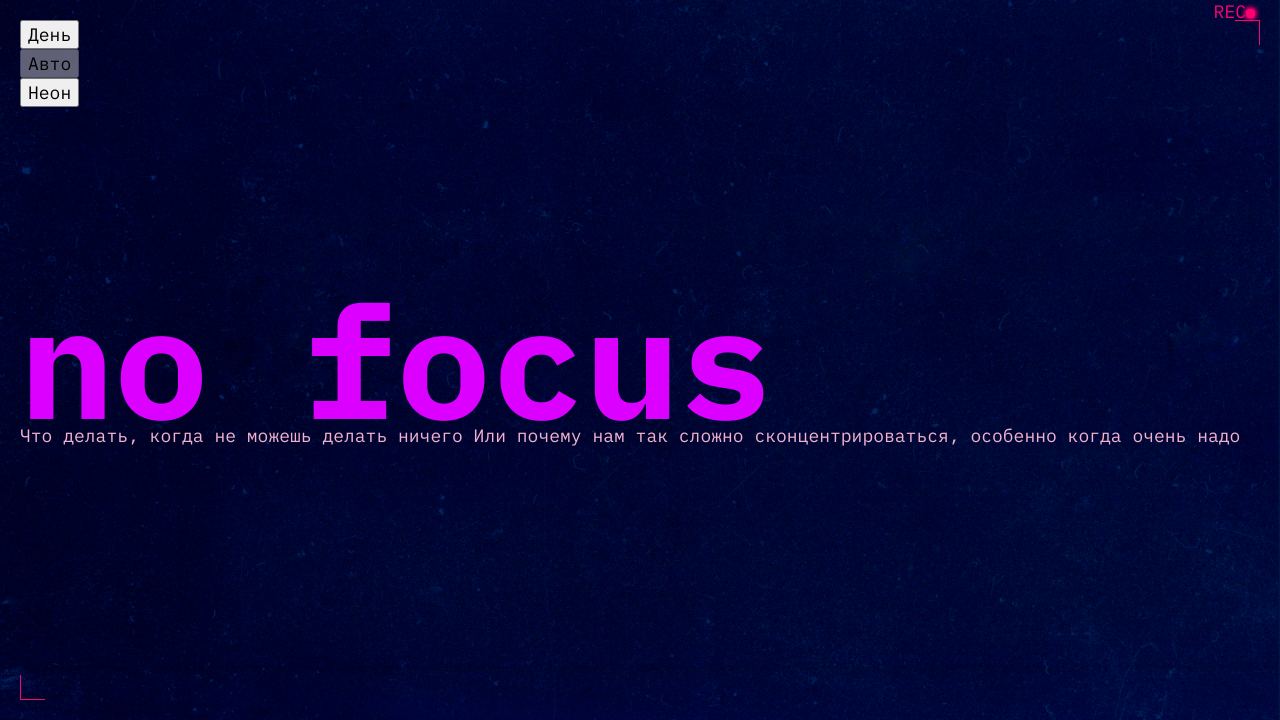
Repository: Hadoooouken/slozhno-sosredotochitsya
Page: index.html
These files come from the project's save history. The page is drawn as it stood at one moment and after the next save; the edit follows.
The browser window is 1280 px wide. The pictures show the whole page.

Above is the page before, as saved 2024-01-20 00:12:39.

### index.html
<!DOCTYPE html>
<html lang="ru">
  <head>
    <meta charset="UTF-8" />
    <meta http-equiv="X-UA-Compatible" content="IE=edge" />
    <meta name="viewport" content="width=device-width, initial-scale=1.0" />
    <meta name="color-scheme" content="dark light">
    <link rel="icon" href="images/favicon.svg" sizes="any" />
    <link rel="stylesheet" href="fonts/fonts.css" />
    <link rel="stylesheet" href="styles/globals.css" />
    <link rel="stylesheet" href="./styles/variables.css" />
    <link rel="stylesheet" href="scripts/script.js" />
    <link rel="stylesheet" href="./styles/style.css" />
    <link rel="stylesheet" href="./styles/dark.css" />
    <link rel="stylesheet" href="./styles/light.css" />
    <title>Сложно сосредоточиться</title>
  </head>
  <body class="page">
    <header class="header decorated-zone">
      <div class="decoration__element" aria-hidden="true"></div>
      <nav class="header__theme-menu">
        <ul class="header__theme-menu-list">
          <li class="header__theme-menu-item">
            <button
              class="header__theme-menu-button header__theme-menu-button_type_light"
            >
              День
            </button>
          </li>
          <li class="header__theme-menu-item">
            <button
              class="header__theme-menu-button header__theme-menu-button_active header__theme-menu-button_type_auto"
              disabled
            >
              Авто
            </button>
          </li>
          <li class="header__theme-menu-item">
            <button
              class="header__theme-menu-button header__theme-menu-button_type_dark"
            >
              Неон
            </button>
          </li>
        </ul>
      </nav>
      <h1 class="header__title">no focus</h1>
    <p class="header__text">Что делать, когда не можешь делать ничего Или почему нам так сложно сконцентрироваться, особенно когда очень надо
      </p>

    </header>

    <script src="./scripts/script.js"></script>
  </body>
</html>

### styles/variables.css
:root {/*
  Переменные для вашего проекта
  и их переопределение под различные устройства
*/
--main-font:'IBM Plex mono';
--title-color:#DB00FF;
--subtitle-color:#000028;
--text-color: #F1B2CE;
--section-title: #FF0070;


}

### scripts/script.js
const themeButtons = document.querySelectorAll('.header__theme-menu-button');

themeButtons.forEach((button) => {
  button.addEventListener('click', () => {
    themeButtons.forEach((btn) => {
      btn.classList.remove('header__theme-menu-button_active');
      btn.removeAttribute('disabled');
    });
    if (
      [...button.classList].includes('header__theme-menu-button_type_light')
    ) {
      changeTheme('light');
    } else if (
      [...button.classList].includes('header__theme-menu-button_type_dark')
    ) {
      changeTheme('dark');
    } else {
      changeTheme('auto');
    }
    button.classList.add('header__theme-menu-button_active');
    button.setAttribute('disabled', true);
  });
});

function changeTheme(theme) {
  document.body.className = 'page';
  document.body.classList.add(`theme_${theme}`);
  localStorage.setItem('theme', theme);
}

function initTheme() {
  const theme = localStorage.getItem('theme');
  if (theme) {
    changeTheme(theme);
    themeButtons.forEach((btn) => {
      btn.classList.remove('header__theme-menu-button_active');
      btn.removeAttribute('disabled');
    });
    document
      .querySelector(`.header__theme-menu-button_type_${theme}`)
      .classList.add('header__theme-menu-button_active');
    document
      .querySelector(`.header__theme-menu-button_type_${theme}`)
      .setAttribute('disabled', true);
  }
}

initTheme();

### styles/style.css
/* Основные стили проекта. Это стили для темы, которую вы верстаете первой. */

.page {
  /* сохраните в разметке и стилях класс page. На его основе работает скрипт. */

  background-color: #000028;
  background-image: url(/images/cover-image-dark.png);
  background-attachment: fixed;
  background-position: center;
  background-size: cover;
  font-family: "IBM Plex mono";
  font-size: 18px;
}

.header {
  position: relative;
  block-size: 100vh;
  min-height: 375px;
  height: 100vh;
  padding: 20px;
  display: grid;
  grid-template-rows: 1fr min-content 1fr;
}

.decorated-zone::before {
  content: "";
  position: absolute;
  border-top: 1px solid #ff0070;
  border-right: 1px solid #ff0070;
  right: 20px;
  top: 20px;
  width: 25px;
  height: 25px;
}

.decorated-zone::after {
  content: "";
  position: absolute;
  border-bottom: 1px solid #ff0070;
  border-left: 1px solid #ff0070;
  left: 20px;
  bottom: 20px;
  width: 25px;
  height: 25px;
}
.decoration__element {
  position: absolute;
  right: 25px;
  top

}

.decoration__element::before {
  content: "REC";
  color: #ff0070;
  display: inline-block;


}

.decoration__element::after {
  content: "";
  background-color: #ff0070;
  width: 9px;
  height: 9px;
  border-radius: 4px;
  display: inline-block;
  box-shadow: 0px 0px 4px 2px #ff0070;
}

.header__title {
  font-family: var(--main-font);
  font-size: clamp(7.5rem, 0.5625rem + 14.4531vw, 9.8125rem);
  text-shadow: 10px 10px 10px 10px;
  color: var(--title-color);
  line-height: 82.5%; /* 129.525px */
}

.header__text {
  color: var(--text-color);
}

.header__theme-menu-list {
}

### styles/dark.css
/*
  Специально для тёмной темы при наличии класса,
  здесь окажутся стили, которые нужно переопределить принудительно,
  переключая тему
*/

.page.theme_dark {
  /* сохраните этот селектор в приведённом виде.
    Так стили написанные ниже будут иметь больший вес,
    чем стили в медиазапросе предпочтений пользователя
  */
  --main-font:'IBM Plex mono';
--title-color:#DB00FF;
--subtitle-color:#000028;
--text-color: #F1B2CE;
--section-title: #FF0070;

}

Loaded but not shown: fonts/fonts.css (common file); styles/globals.css (common file); styles/light.css (common file)

After the next save:
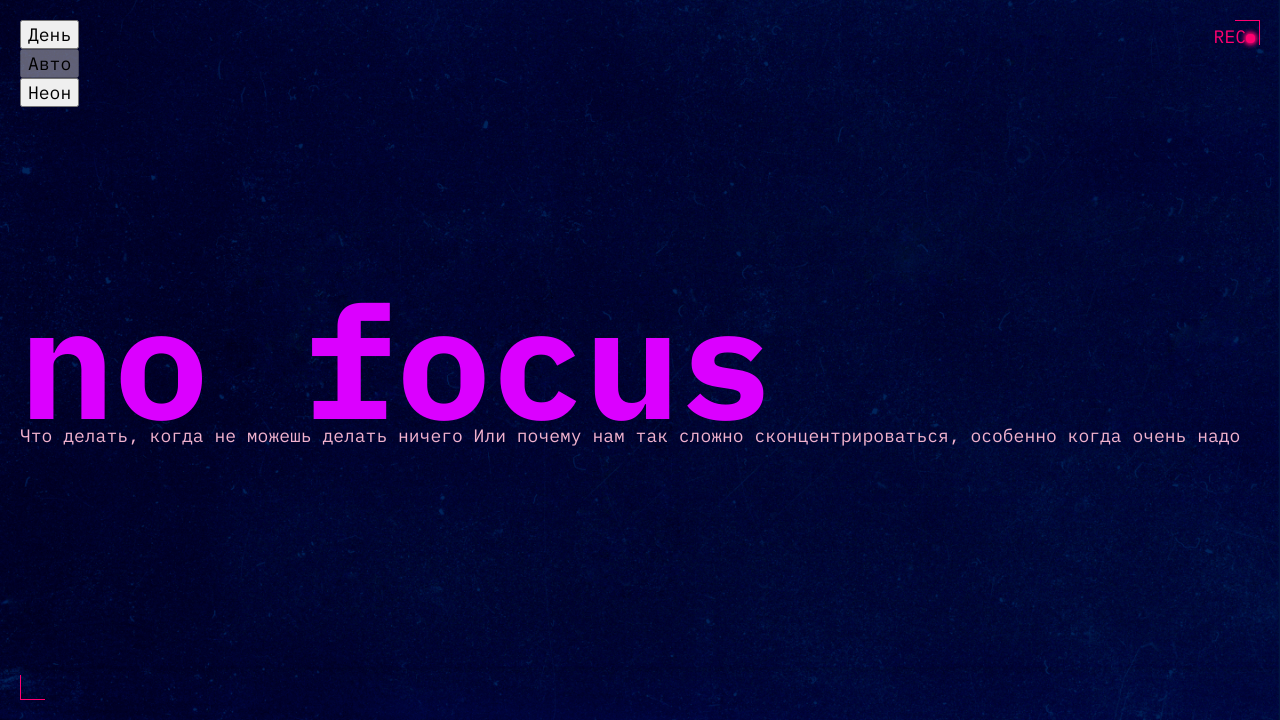
Saved 4 s later.
--- a/styles/style.css
+++ b/styles/style.css
@@ -46,7 +46,7 @@
 .decoration__element {
   position: absolute;
   right: 25px;
-  top
+  top: 25px;
 
 }
 
